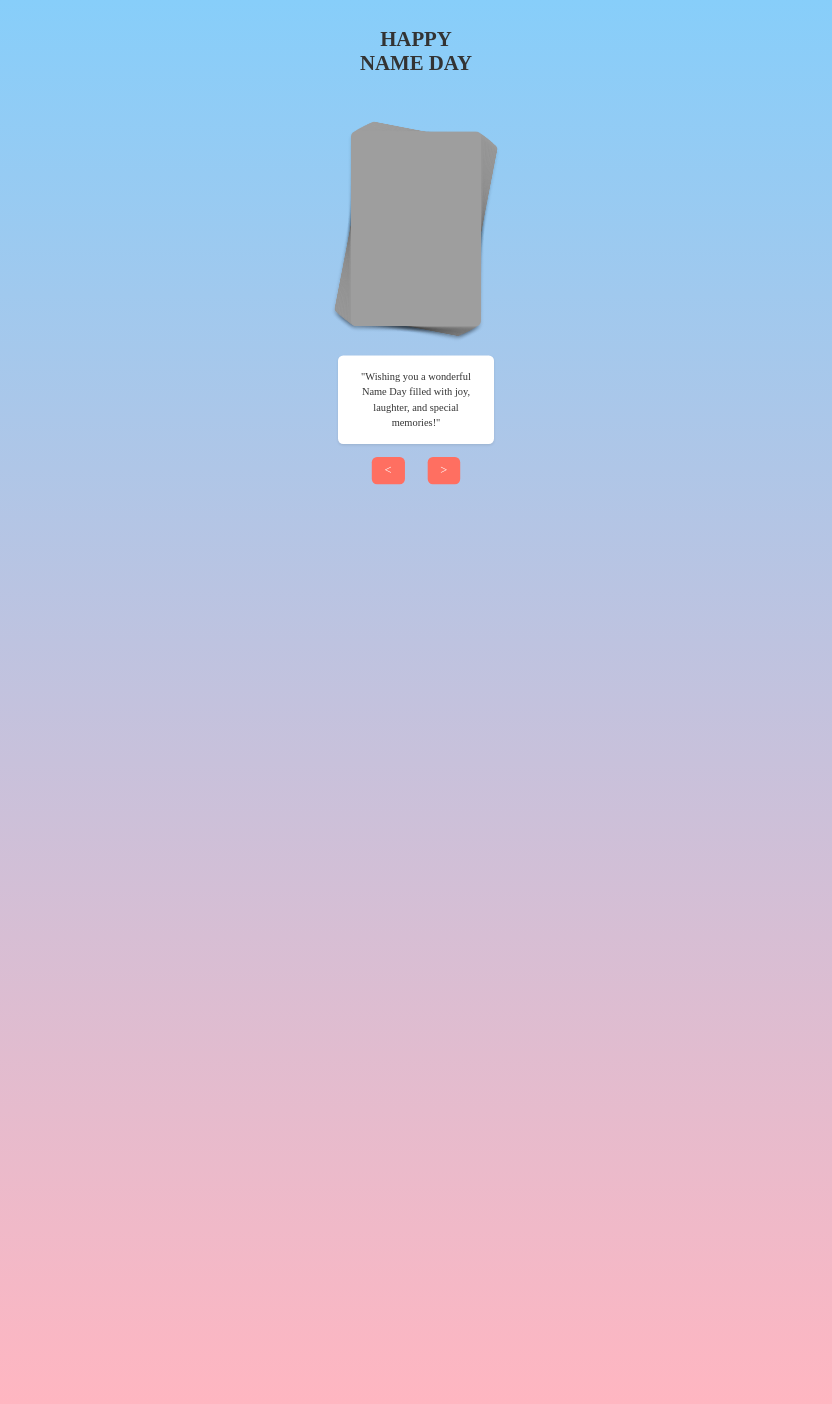
Repository: naps00/BIRTHDAY
Page: /details
The author's editor kept a copy of each file at every save. The page is drawn from the files as they stood at one save, then again after the next save.
The browser window is 1280 px wide. The pictures show the whole page, at 65% of full size.
Pictures or frames that could not be fetched are drawn as grey boxes. The project was rebuilt for these pictures with package versions that can differ from the ones it lists, and the page was loaded fresh each time.

Above is the page before, as saved 2024-12-12 19:47:30.

After the next save:
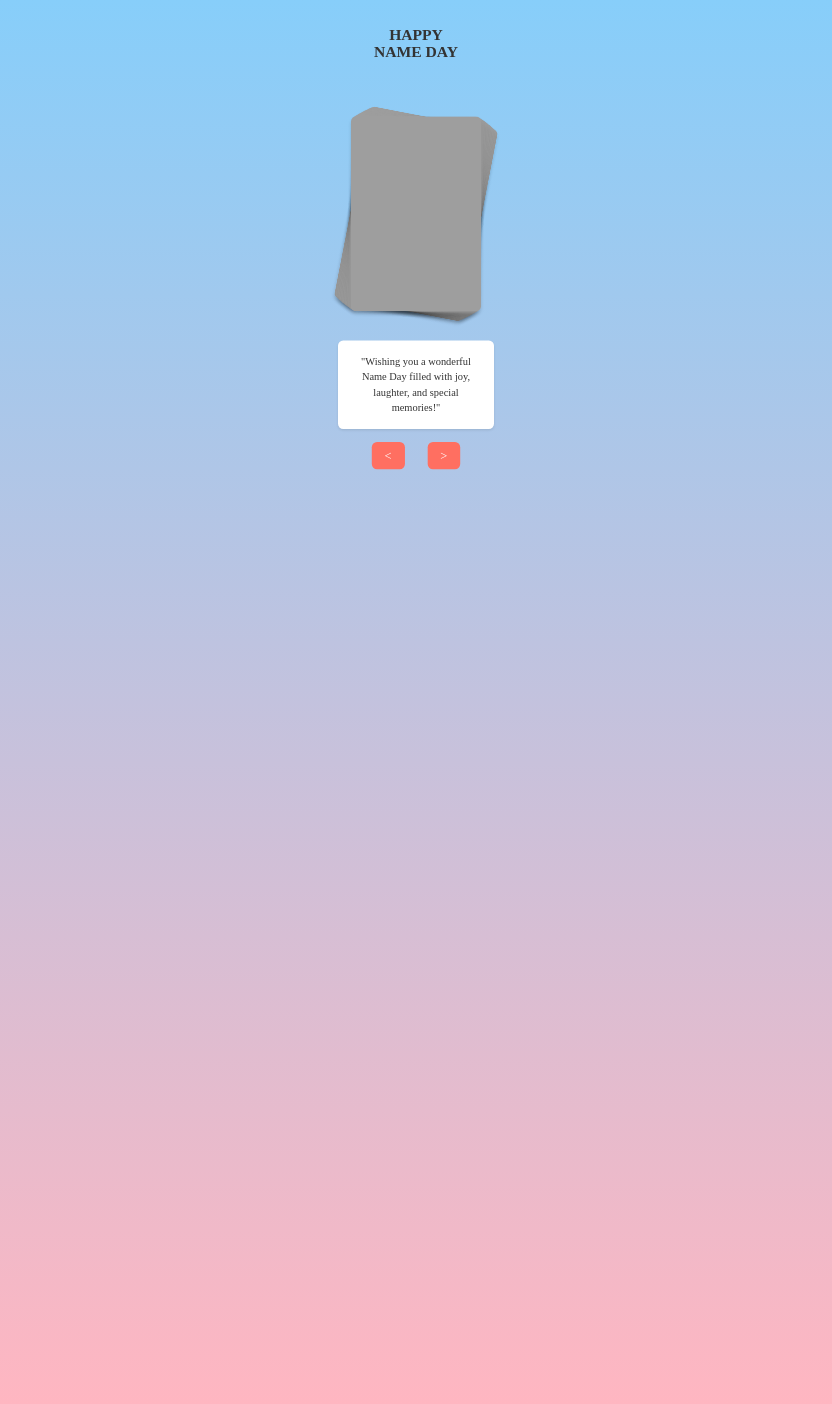
Saved 31 s later.
--- a/src/details.js
+++ b/src/details.js
@@ -38,7 +38,7 @@
   return (
     <div className="details-page" style={{ overflowY: 'auto', maxHeight: '100vh', padding: '20px' }}>
       <div className="header-text" style={{ textAlign: 'center' }}>
-        <h1>HAPPY <br /> NAME DAY</h1>
+        <h2>HAPPY <br /> NAME DAY</h2>
       </div>
 
       <div className="card-stack" {...handlers} style={{ position: 'relative', height: '350px', marginBottom: '20px' }}>

After the save that followed:
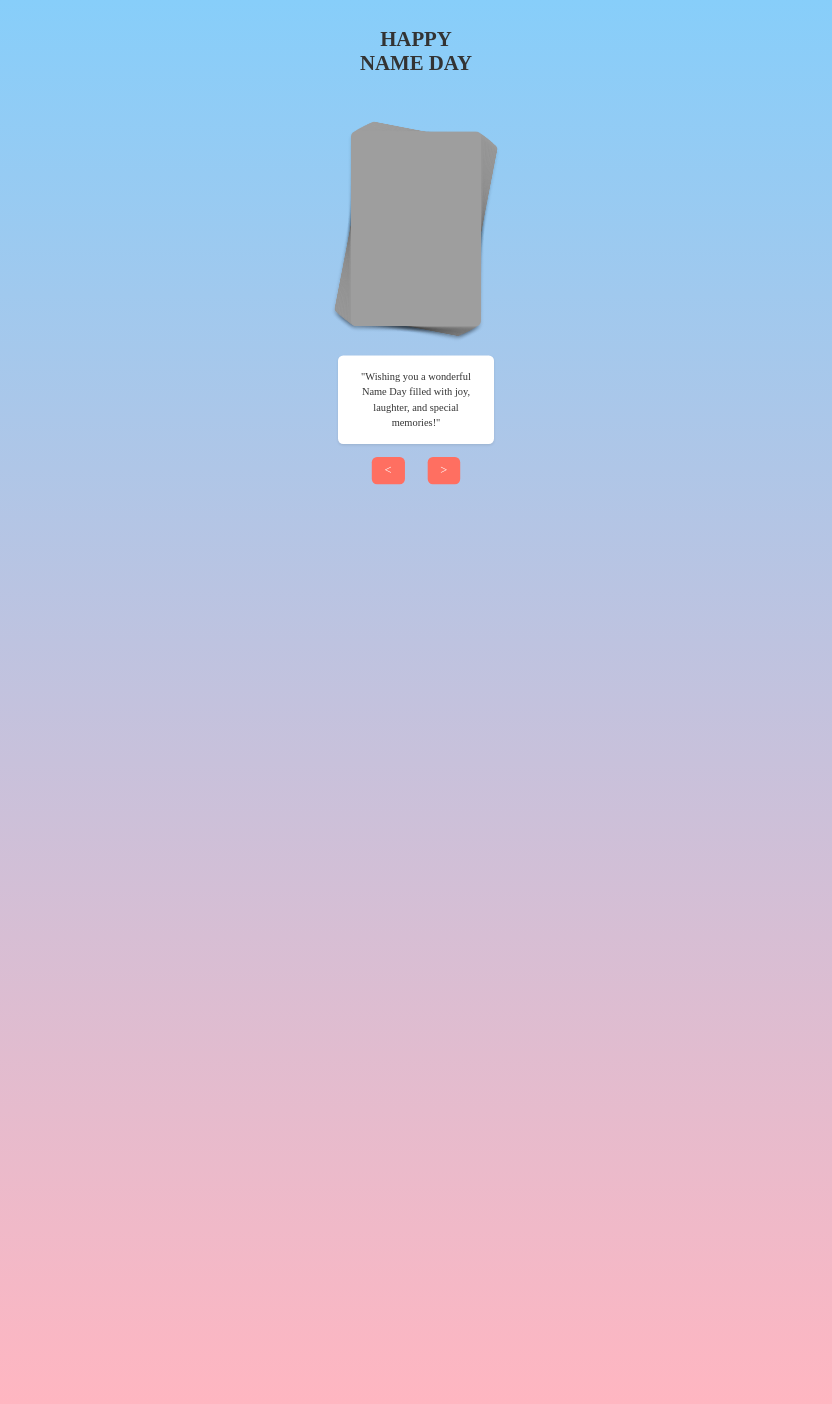
Saved 9 s later.
--- a/src/details.js
+++ b/src/details.js
@@ -38,7 +38,7 @@
   return (
     <div className="details-page" style={{ overflowY: 'auto', maxHeight: '100vh', padding: '20px' }}>
       <div className="header-text" style={{ textAlign: 'center' }}>
-        <h2>HAPPY <br /> NAME DAY</h2>
+        <h1>HAPPY <br /> NAME DAY</h1>
       </div>
 
       <div className="card-stack" {...handlers} style={{ position: 'relative', height: '350px', marginBottom: '20px' }}>
